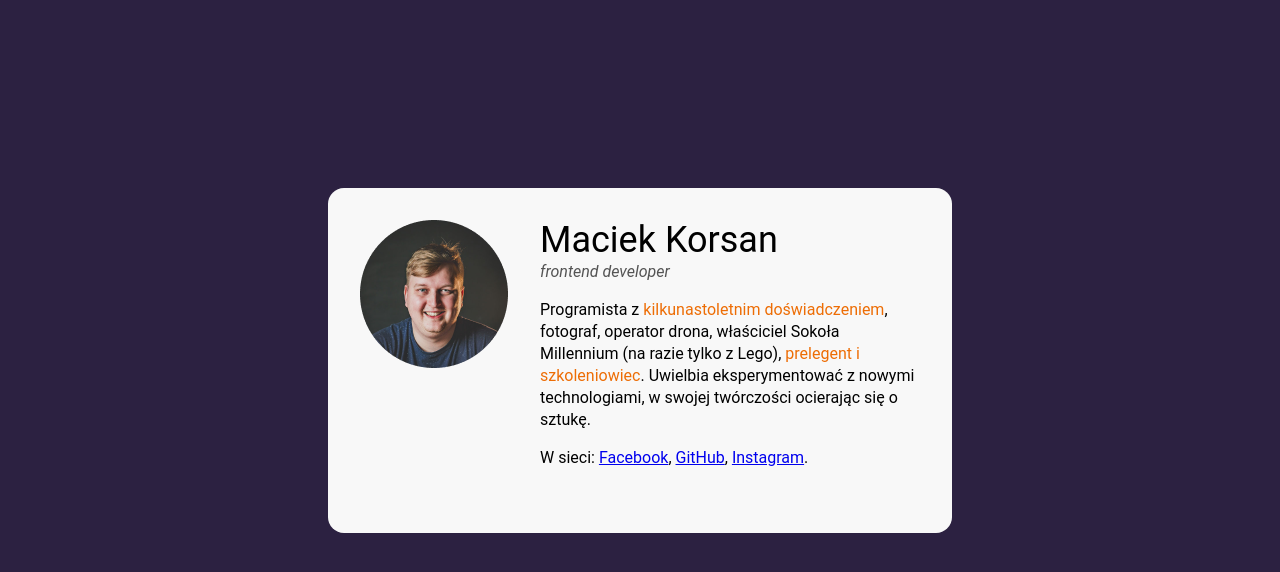
Repository: ArturNatwora/business-card
Page: index.html
These files come from the project's save history. The page is drawn as it stood at one moment and after the next save; the edit follows.
The browser window is 1280 px wide. The pictures show the whole page.

Above is the page before, as saved 2019-06-19 23:56:32.

### index.html
<!DOCTYPE html>
<html lang="pl">
<head>
    <meta charset="UTF-8">
    <meta name="viewport" content="width=device-width, initial-scale=1.0">
    <meta http-equiv="X-UA-Compatible" content="ie=edge">

    <link rel="stylesheet" href="css/normalize.css">
    <link rel="stylesheet" href="css/style.css">


    <title>Wizytówka</title>
</head>
<body>
    <main class="card">
        <img src="img/avatar.png" alt="fotografia Maćka" class="person__photo">
        <div class="cardBody">
            <header class="person__header">
                <h1 class="person__name">Maciek Korsan</h1>
                <span class="person__position">frontend developer</span>
            <header/>
            <p class="person__description">
                    Programista z <strong class="person__special"> kilkunastoletnim doświadczeniem</strong>, fotograf, operator drona, właściciel Sokoła Millennium (na razie tylko z Lego),<strong class="person__special"> prelegent i szkoleniowiec</strong>. Uwielbia eksperymentować z nowymi technologiami, w swojej twórczości ocierając się o sztukę.
            </p>
            <p class="person__description a">W sieci:
                <a href="#" class="person__link">Facebook</a>,
                <a href="#" class="person__link">GitHub</a>,
                <a href="#" class="person__link">Instagram</a>.
            </p>

        </div>
    </main>


</body>
</html>

### css/style.css
html {
  box-sizing: border-box;
}

*,
*:after,
*:before {
  box-sizing: inherit;
}
body {
  background: #2c2141;
  display: flex;
  justify-content: center;
  align-items: center;
  height: 100vh;
  padding: 16px;
font-family: Arial;
}

.card {
  background: #f8f8f8;
  padding: 32px;
  width: 100%;
  max-width: 624px;
  border-radius: 16px;
  display: flex;
}
.person__description{
    font-family: Roboto;
    font-style: normal;
    font-weight: normal;
    font-size: 16px;
    line-height: 22px;
    /* or 137% */


    color: #000000;
}
.person__header{
    margin-bottom: 32px;
}
.person__name {
    font-weight: normal;

  font-size: 36px;
  line-height: 41px;
  margin:0;
}
.person__photo {
  width: 148px;
  height: 148px;
  margin-right: 32px;
}
.person__position{
    font-size: 16px;
    font-style: italic;
    color: #545454;

}
.person__special{
    font-family: Roboto;
font-style: normal;
font-weight: normal;
font-size: 16px;
line-height: 22px;
/* or 137% */


color: #ED6D05;
}
div {
    font-family: Roboto;
font-style: normal;
font-weight: normal;
font-size: 16px;
line-height: 22px;
  margin: 0;
}
.a{
    margin-bottom: 0;
}

Loaded but not shown: css/normalize.css (library)

After the next save:
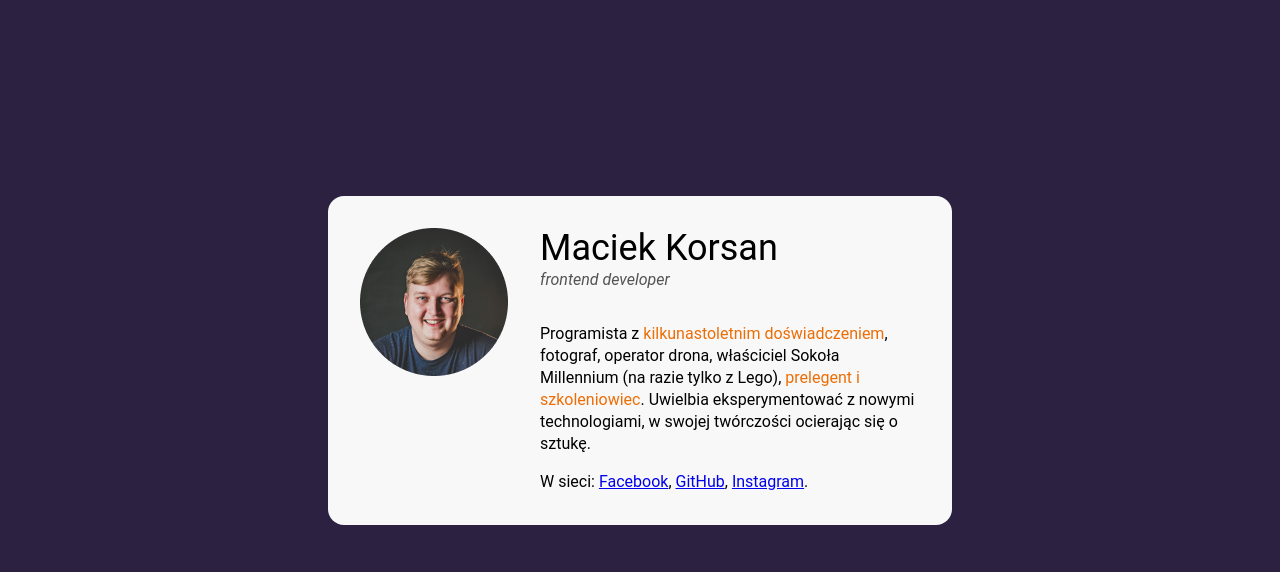
Saved 8 min 44 s later.
--- a/index.html
+++ b/index.html
@@ -18,7 +18,7 @@
             <header class="person__header">
                 <h1 class="person__name">Maciek Korsan</h1>
                 <span class="person__position">frontend developer</span>
-            <header/>
+            </header>
             <p class="person__description">
                     Programista z <strong class="person__special"> kilkunastoletnim doświadczeniem</strong>, fotograf, operator drona, właściciel Sokoła Millennium (na razie tylko z Lego),<strong class="person__special"> prelegent i szkoleniowiec</strong>. Uwielbia eksperymentować z nowymi technologiami, w swojej twórczości ocierając się o sztukę.
             </p>
